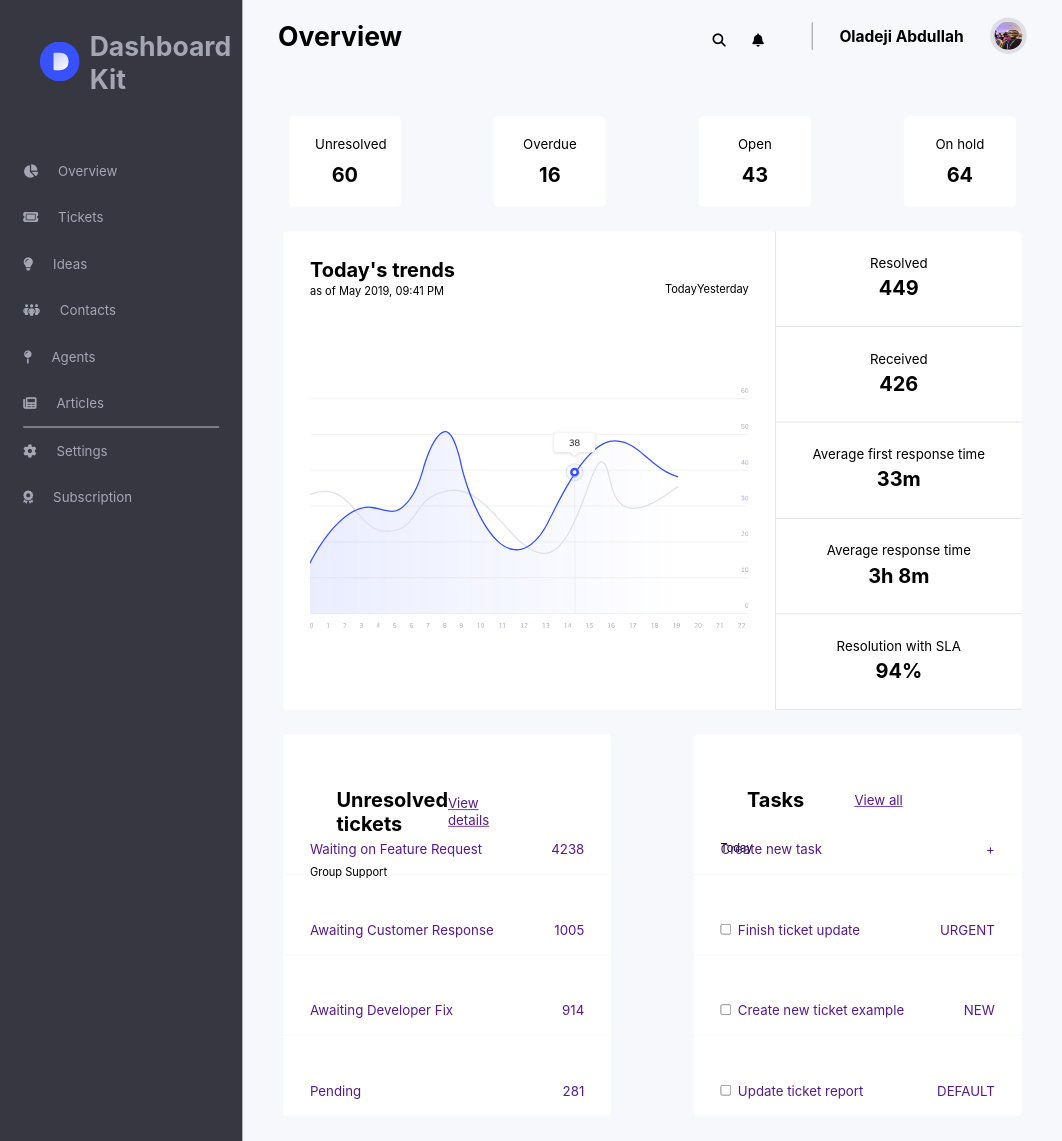
Repository: BuduCE/dashboard
Page: /
These files come from the project's save history. The page is drawn as it stood at one moment and after the next save; the edit follows.
The browser window is 1280 px wide. The pictures show the whole page, at 83% of full size.
Some web libraries are served in a nearby version. The project was rebuilt for these pictures with package versions that can differ from the ones it lists, and the page was loaded fresh each time. Also part of the build but not shown: src/pages/Tickets/index.jsx.

Above is the page before, as saved 2022-08-06 00:04:47.

### public/index.html
<!DOCTYPE html>
<html lang="en">
  <head>
    <meta charset="utf-8" />
    <link rel="icon" href="%PUBLIC_URL%/favicon.ico" />
    <meta name="viewport" content="width=device-width, initial-scale=1" />
    <meta name="theme-color" content="#000000" />
    <meta
      name="description"
      content="Web site created using create-react-app"
    />
    <link rel="apple-touch-icon" href="%PUBLIC_URL%/logo192.png" />
    <!--
      manifest.json provides metadata used when your web app is installed on a
      user's mobile device or desktop. See https://developers.google.com/web/fundamentals/web-app-manifest/
    -->
    <link rel="manifest" href="%PUBLIC_URL%/manifest.json" />
    <!--
      Notice the use of %PUBLIC_URL% in the tags above.
      It will be replaced with the URL of the `public` folder during the build.
      Only files inside the `public` folder can be referenced from the HTML.

      Unlike "/favicon.ico" or "favicon.ico", "%PUBLIC_URL%/favicon.ico" will
      work correctly both with client-side routing and a non-root public URL.
      Learn how to configure a non-root public URL by running `npm run build`.
    -->

    <!-- Font-Awesome  -->
    <link
      rel="stylesheet" href="https://cdnjs.cloudflare.com/ajax/libs/font-awesome/6.1.1/css/all.min.css" integrity="sha512-KfkfwYDsLkIlwQp6LFnl8zNdLGxu9YAA1QvwINks4PhcElQSvqcyVLLD9aMhXd13uQjoXtEKNosOWaZqXgel0g==" crossorigin="anonymous" referrerpolicy="no-referrer"
    />
    <title>Admin Dashboard</title>
  </head>
  <body>
    <noscript>You need to enable JavaScript to run this app.</noscript>
    <div id="root"></div>
    <!--
      This HTML file is a template.
      If you open it directly in the browser, you will see an empty page.

      You can add webfonts, meta tags, or analytics to this file.
      The build step will place the bundled scripts into the <body> tag.

      To begin the development, run `npm start` or `yarn start`.
      To create a production bundle, use `npm run build` or `yarn build`.
    -->
  </body>
</html>

### src/index.css
* {
  margin: 0;
  padding: 0;
  box-sizing: border-box;
}
body {
  margin: 0;
  font-family: -apple-system, BlinkMacSystemFont, 'Segoe UI', 'Roboto', 'Oxygen',
    'Ubuntu', 'Cantarell', 'Fira Sans', 'Droid Sans', 'Helvetica Neue',
    sans-serif;
  -webkit-font-smoothing: antialiased;
  -moz-osx-font-smoothing: grayscale;
  background: rgba(54, 55, 64, 1);
}

code {
  font-family: source-code-pro, Menlo, Monaco, Consolas, 'Courier New',
    monospace;
}

### src/App.js
import './App.css';
// import Overview from './pages/Overview';
// import Header from './components/common/Header';
import Sidenav from './components/common/SideNav';
// import Login from './pages/Login';

function App() {
  return (
    <div className="App">
      <Sidenav />
      {/* <Login /> */}
    </div>
  );
}

export default App;

### src/components/common/SideNav/index.jsx
import React from 'react'
import Overview from '../../../pages/Overview'
import Tickets from '../../../pages/Tickets'
import Header from '../Header'
import Logo from '../Logo'
import './styles.css'

const Sidenav = () => {
  return (
    <div className='dashboard'>
        <div className="navbar">
            <div className="logo">
                <Logo />
                <h1>Dashboard Kit</h1>
            </div>
            <div className="heading">
                <i className='fas fa-chart-pie'></i>
                <p>Overview</p>
            </div>
            <div className="heading">
                <i className='fas fa-ticket'></i>
                <p>Tickets</p>
            </div>
            <div className="heading">
                <i className='fas fa-lightbulb'></i>
                <p>Ideas</p>
            </div>
            <div className="heading">
                <i className='fas fa-people-group'></i>
                <p>Contacts</p>
            </div>
            <div className="heading">
                <i className='fas fa-map-pin'></i>
                <p>Agents</p>
            </div>
            <div className="heading divider">
                <i className='fas fa-newspaper'></i>
                <p>Articles</p>
            </div>
            <div className="heading">
                <i className='fas fa-gear'></i>
                <p>Settings</p>
            </div>
            <div className="heading">
                <i className='fas fa-award'></i>
                <p>Subscription</p>
            </div>

        </div>
        <div className="info">
            {/* <Header /> */}
            <Overview />
            {/* <Tickets /> */}
        </div>
    </div>
  )
}

export default Sidenav

### src/pages/Overview/index.jsx
import React from 'react'
import './styles.css'
import TrendMap from './graph.svg'
import Header from '../../components/common/Header'

const Overview = () => {
  return (
    <>
        <Header />
        <div className='overview_pg'>
            {/* Specific status */}
            <div className="overview_stat">
                <div className="overview_info">
                    <p>Unresolved</p>
                    <h2>60</h2>
                </div>
                <div className="overview_info">
                    <p>Overdue</p>
                    <h2>16</h2>
                </div>
                <div className="overview_info">
                    <p>Open</p>
                    <h2>43</h2>
                </div>
                <div className="overview_info">
                    <p>On hold</p>
                    <h2>64</h2>
                </div>
            </div>

            {/* Today's trend */}
            <div className="trends">
                <div className="trends_head">
                    <div className="trends_headT">
                        <div className="trend_title">
                            <h2>Today's trends</h2>
                        </div>
                        <div className="trend_title_stat">
                            <div className="trend_date">
                                <small>as of May 2019, 09:41 PM</small>
                            </div>
                            <div className="trend_day">
                                <small>Today</small>
                                <small>Yesterday</small>
                            </div>
                        </div>
                    </div>

                    <div className="trends_headB">
                        <img src={TrendMap} alt="Trend Chart" />
                    </div>
                </div>

                <div className="trends_summary">
                    <div className="summary_type">
                        <p>Resolved</p>
                        <h2>449</h2>
                    </div>
                    <div className="summary_type">
                        <p>Received</p>
                        <h2>426</h2>
                    </div>
                    <div className="summary_type">
                        <p>Average first response time</p>
                        <h2>33m</h2>
                    </div>
                    <div className="summary_type">
                        <p>Average response time</p>
                        <h2>3h 8m</h2>
                    </div>
                    <div className="summary_type">
                        <p>Resolution with SLA</p>
                        <h2>94%</h2>
                    </div>
                </div>
            </div>

            <div className="ticket_n_task">
                <div className="ticket">
                    <div className="ticket_head">
                        <div className="ticket_title">
                            <h2>Unresolved tickets</h2>
                            <a href="">View details</a>
                        </div>
                        <small>Group Support</small>
                    </div>
                    <div className="ticket_list">
                        <a href="">
                            <p>Waiting on Feature Request</p>
                            <p>4238</p>
                        </a>
                        <a href="">
                            <p>Awaiting Customer Response</p>
                            <p>1005</p>
                        </a>
                        <a href="">
                            <p>Awaiting Developer Fix</p>
                            <p>914</p>
                        </a>
                        <a href="">
                            <p>Pending</p>
                            <p>281</p>
                        </a>
                    </div>
                </div>

                <div className="task">
                    <div className="ticket_head">
                        <div className="ticket_title">
                            <h2>Tasks</h2>
                            <a href="">View all</a>
                        </div>
                        <small>Today</small>
                    </div>

                    <div className="ticket_list">
                        <a href="">
                            <p>Create new task</p>
                            <p>+</p>
                        </a>
                        <a href="">
                            <div className='task_todo'>
                                <input type="checkbox" name="" id="" />
                                <label htmlFor="">Finish ticket update</label>
                            </div>

                            <p>URGENT</p>
                        </a>
                        <a href="">
                            <div className='task_todo'>
                                <input type="checkbox" name="" id="" />
                                <label htmlFor="">Create new ticket example</label>
                            </div>

                            <p>NEW</p>
                        </a>
                        <a href="">
                            <div className='task_todo'>
                                <input type="checkbox" name="" id="check" />
                                <label htmlFor="">Update ticket report</label>
                            </div>

                            <p>DEFAULT</p>
                        </a>
                    </div>
                </div>
            </div>
        </div>
    </>
  )
}

export default Overview

### src/components/common/Header/index.jsx
import React from 'react'
import './styles.css'
import budu from './budu.jpg'

const Header = () => {
  return (
    <div className='head_er'>
        <div className="headerL">
            <h1>Overview</h1>
        </div>
        <div className="headerR">
            <i className='fas fa-magnifying-glass icon'></i>
            <i className='fas fa-bell icon bell'></i>
            <h3>Oladeji Abdullah</h3>
            <img src={budu} alt="" />
        </div>
    </div>
  )
}

export default Header

### src/components/common/Logo/index.jsx
import React from 'react'
import companyLogo from './logo.svg'

const Logo = () => {
  return (
    <div>
        <img src={companyLogo} alt="" />
    </div>
  )
}

export default Logo

### src/components/common/SideNav/styles.css
.dashboard{
    display: grid;
    grid-template-columns: 1fr 5fr;
}
.navbar{
    padding: 37px 28px;
    color: #A4A6B3;
}
.logo{
    display: flex;
    padding: 20px 20px;
    padding-bottom: 63px;
    padding-top: 0;
    align-items: center;
}
.logo h1{
    margin-left: 12px;
    width: 8.5rem;
}
.heading{
    width: 100%;
    display: flex;
    padding: 18px 0px;
    align-items: center;
}
.heading p{
    margin-left: 24px;
}
.heading:hover{
    border-left: 1px solid #DDE2FF;
    color: #DDE2FF;
}
.info{
    background: #F7F8FC;
    /* height: 100vh; */
}
.divider{
    border-bottom: 1px solid #DFE0EB;
}

### src/pages/Overview/styles.css
.overview_pg{
    margin-top: 54px;
}
.overview_stat{
    display: grid;
    grid-template-columns: 1fr 1fr 1fr 1fr;
    /* justify-content: space-evenly; */
    width: 100%;
}
.overview_info{
    display: flex;
    flex-direction: column;
    text-align: center;
    /* border: 1px solid; */
    border-radius: 5px;
    padding: 24px 32px;
    background: #fff;
    box-shadow: 15px;
    width: 55%;
    margin: auto;
}
.overview_info:hover{
    color: blue;
    border: 1px blue solid;
}
.overview_info p{
    padding-bottom: 12px;
}

/* trend  */
.trends{
    width: 90%;
    background: #fff;
    margin: auto;
    border-radius: 5px;
    height: 80vh;
    margin-top: 30px;
    display: grid;
    grid-template-columns: 2fr 1fr;
    margin-top: 30px;
}
.trends_head{
    padding: 32px;
}
.trend_title_stat{
    display: flex;
    justify-content: space-between;
}
.trend_day{
    display: flex;
    justify-content: space-evenly;
}
.trends_headB img{
    width: 100%;
    margin-top: 54px;
    height: 55vh;
}

/* summary  */
.trends_summary{
    display: grid;
    grid-template-rows: 1fr 1fr 1fr 1fr 1fr;
}
.summary_type{
    padding: 28px;
    border-left: 1px solid #dfe0e5;
    border-bottom: 1px solid #dfe0e5;
    text-align: center;
}
.summary_type p{
    margin-bottom: 6px;
}

/* Tickets */
.ticket_n_task{
    display: grid;
    grid-template-columns: 1fr 1fr;
    width: 90%;
    margin: auto;
    margin-top: 30px;
    margin-bottom: 30px;
}
.ticket{
    margin-right: 50px;
}
.task{
    margin-left: 50px;
}
.ticket,.task{
    border-radius: 5px;
    background: #fff;
}
.ticket_head{
    padding: 32px;
    margin-bottom: 8px;
    width: 80%;
    height: 10vh;
}
.ticket_title{
    display: flex;
    justify-content: space-between;
    align-items: center;
}
.ticket_list a{
    text-decoration: none;
    display: flex;
    justify-content: space-between;
    align-items: center;
    padding: 20px 32px;
    border-bottom: 1px solid #F7F8FC;
    margin-top: 36px;
    align-items: center;
}
.task_todo{
    align-items: center;
}
.task_todo label{
    margin-left: 8px;
}

### src/pages/Tickets/styles.css
.ticket_pg{
    background: #fff;
    border-radius: 5px;
    height: 96vh;
    width: 95%;
    margin: auto;
    margin-top: 54px;
}
.ticket_title{
    display: flex;
    justify-content: space-between;
    padding: 32px;
}
.titleR, .titleR_icon{
    display: flex;
    justify-content: space-between;
    align-items: center;
    margin-left: 32px;
}
.titleR_icon p{
    margin-left: 8px;
}
/* .tab_head{
    display: grid;
    grid-template-columns: 3fr 2fr 2fr 1fr;
    margin: auto;
    padding: 0 77px 12px 31px;
    border-bottom: 1px solid #dfe0e5;
} */
.tab_info{
    display: grid;
    grid-template-columns: 3fr 2fr 2fr 1fr;
    margin: auto;
    padding: 24px 31px;
    border-bottom: 1px solid #dfe0e5;
}
.tab_info:hover{
    background: #F7F8FC;
}
.info_title{
    display: grid;
    grid-template-columns: 1fr 7fr;
}
.info_title img{
    width: 44px;
    height: 44px;
    border: 5px solid #dfe0e5;
    border-radius: 50%;
}
.ticket_tab{
    margin: auto;
}
.info_status{
    display: flex;
    /* grid-template-columns: 1fr 1fr; */
    justify-content: space-between;
    align-items: center;
}
.info_status button{
    padding: 5px 20px;
    border-radius: 40%;
    background: red;
    color: #fff;
    border: none;
}

### src/components/common/Header/styles.css
.head_er{
    display: flex;
    justify-content: space-between;
    width: 100%;
    height: 10vh;
    padding: 43px 43px;
    align-items: center;
}
.headerR{
    display: flex;
    justify-content: space-between;
    align-items: center;
}
.icon{
    width: 16px;
    height: 16px;
    padding: 5px 24px;
}
.bell{
    padding-right: 72px;
}
.headerR h3{
    padding: 5px 32px;
    border-left: 1px solid grey;
}
.headerR img{
    width: 44px;
    height: 44px;
    border-radius: 50%;
    border: 5px solid #dfe0e5;
}

Loaded but not shown: src/index.js (common file); src/reportWebVitals.js (common file); src/App.css (common file)

After the next save:
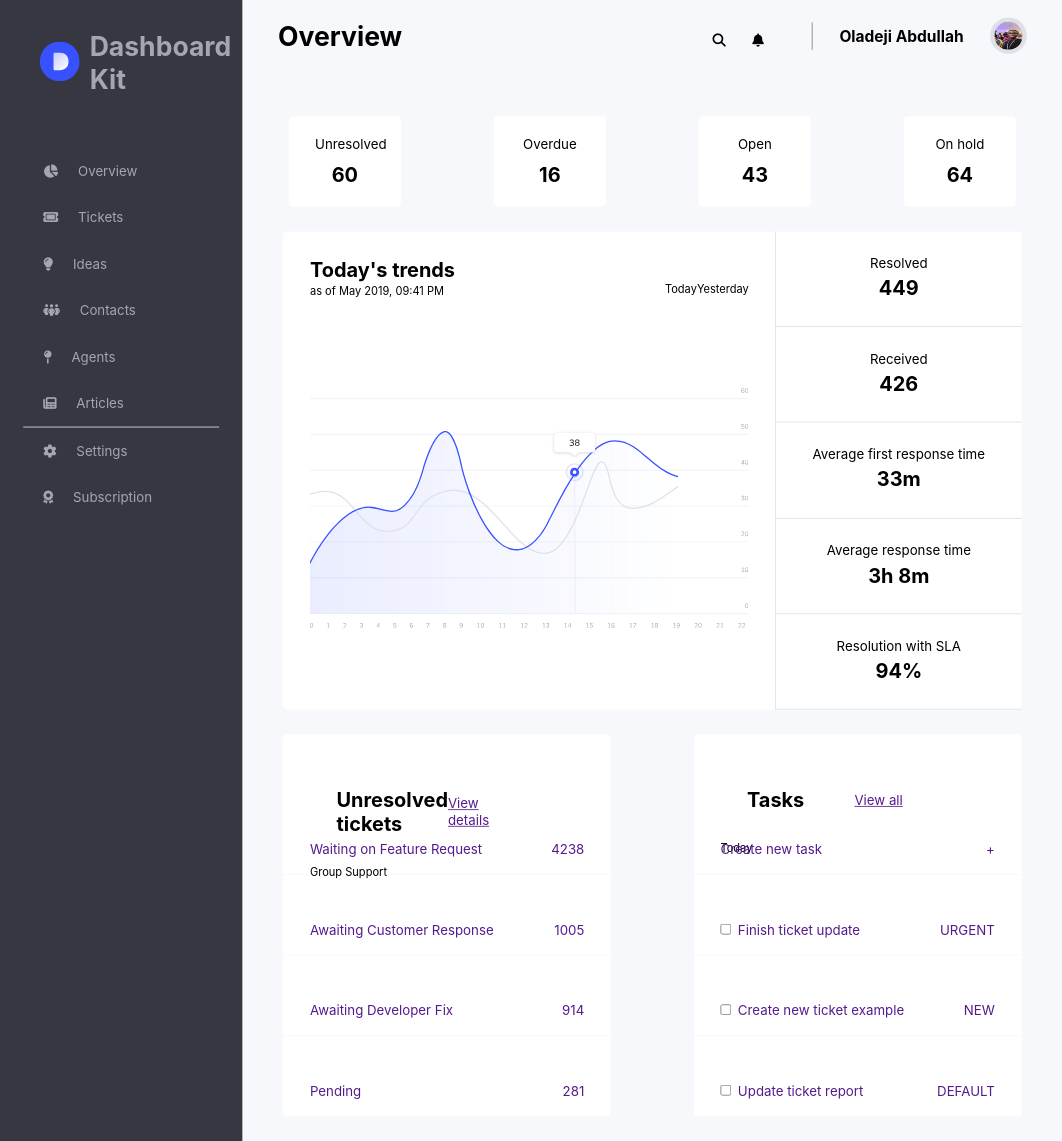
Saved 9 s later.
--- a/src/components/common/SideNav/styles.css
+++ b/src/components/common/SideNav/styles.css
@@ -20,7 +20,7 @@
 .heading{
     width: 100%;
     display: flex;
-    padding: 18px 0px;
+    padding: 18px 24px;
     align-items: center;
 }
 .heading p{
